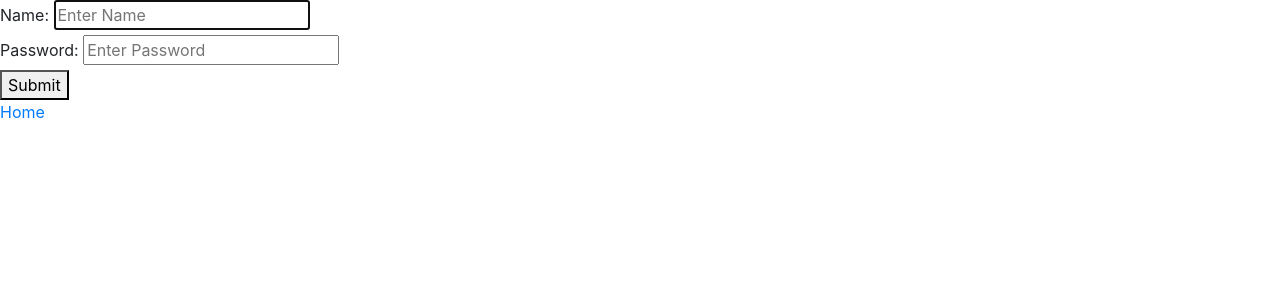
Repository: SHARMILAG97/WebApplication
Page: http://localhost/waterplant_web/userregister.jsp
These files come from the project's save history. The page is drawn as it stood at one moment and after the next save; the edit follows.
The browser window is 1280 px wide. The pictures show the whole page.
The page is served by Tomcat 9. Other server files are loaded and not shown.

Above is the page before, as saved 2019-09-12 17:15:51.
Console error: TypeError: Cannot read properties of undefined (reading 'fn')

### waterplant_web/src/main/webapp/userregister.jsp
<%@ page language="java" contentType="text/html; charset=ISO-8859-1"
    pageEncoding="ISO-8859-1"%>
<!DOCTYPE html>
<html>
<head>
<meta charset="ISO-8859-1">
<title>AdminLogin</title>
<link rel="stylesheet" href="css/bootstrap.min.css">
<script src="js/bootstrap.min.js"></script>
</head>
<body>
<form action="admin.jsp">
<label>Name:</label>
<input type="text" name="name" id="name" placeholder="Enter Name" required autofocus/>
<br/>

<label>Password:</label>
<input type="password" name="password" id="password" placeholder="Enter Password" required />
<br/>
<button type="submit">Submit</button>
</form>
<a href="index.jsp">Home</a>
</body>
</html>

Loaded but not shown: waterplant_web/src/main/webapp/css/bootstrap.min.css (library); waterplant_web/src/main/webapp/js/bootstrap.min.js (library)

After the next save:
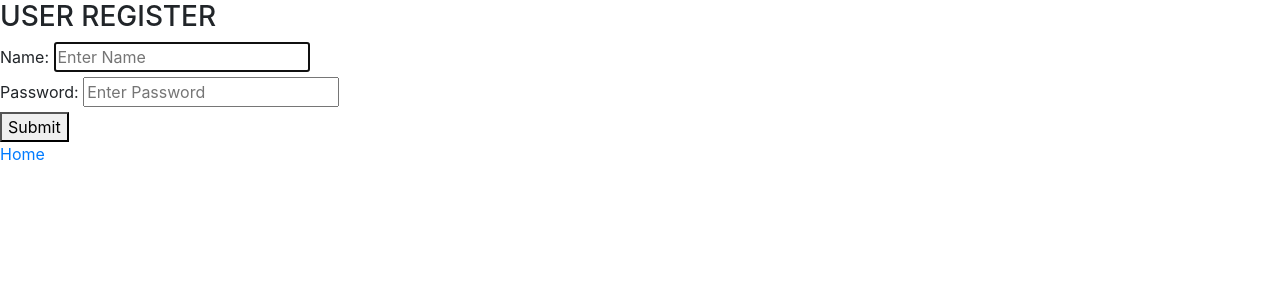
Saved 73 s later.
--- a/waterplant_web/src/main/webapp/userregister.jsp
+++ b/waterplant_web/src/main/webapp/userregister.jsp
@@ -4,12 +4,13 @@
 <html>
 <head>
 <meta charset="ISO-8859-1">
-<title>AdminLogin</title>
+<title>UserRegister</title>
 <link rel="stylesheet" href="css/bootstrap.min.css">
 <script src="js/bootstrap.min.js"></script>
 </head>
 <body>
-<form action="admin.jsp">
+<h3>USER REGISTER</h3>
+<form >
 <label>Name:</label>
 <input type="text" name="name" id="name" placeholder="Enter Name" required autofocus/>
 <br/>
